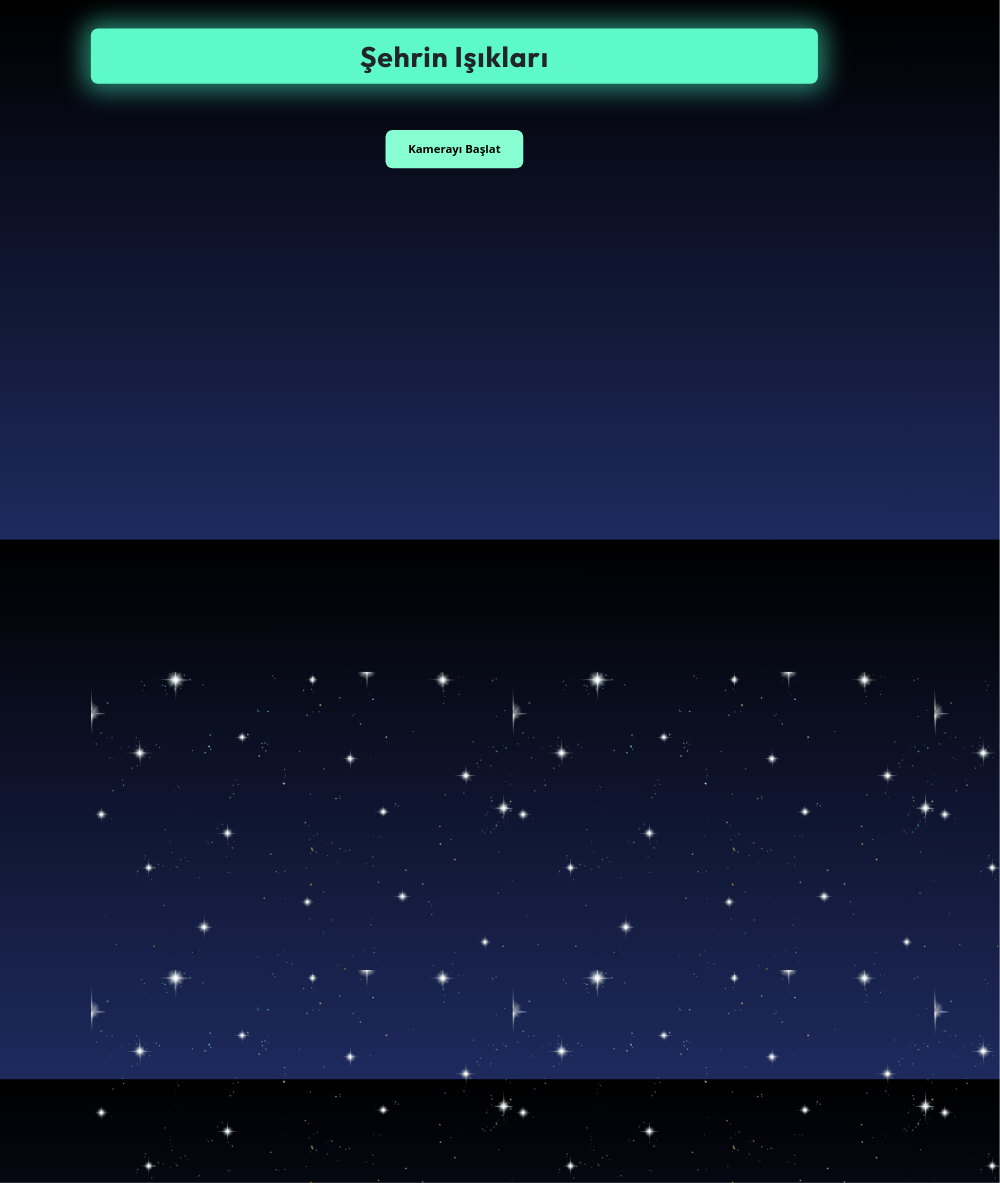
Repository: BiranOrundas/CameraQR
Page: index.html
The author's editor kept a copy of each file at every save. The page is drawn from the files as they stood at one save, then again after the next save.
The browser window is 1280 px wide. The page is 1408 px wide, so the pictures cover 1408 px, including what lies to the right of the window. The pictures show the whole page, at 71% of full size.

Above is the page before, as saved 2024-08-29 15:40:49.

After the next save:
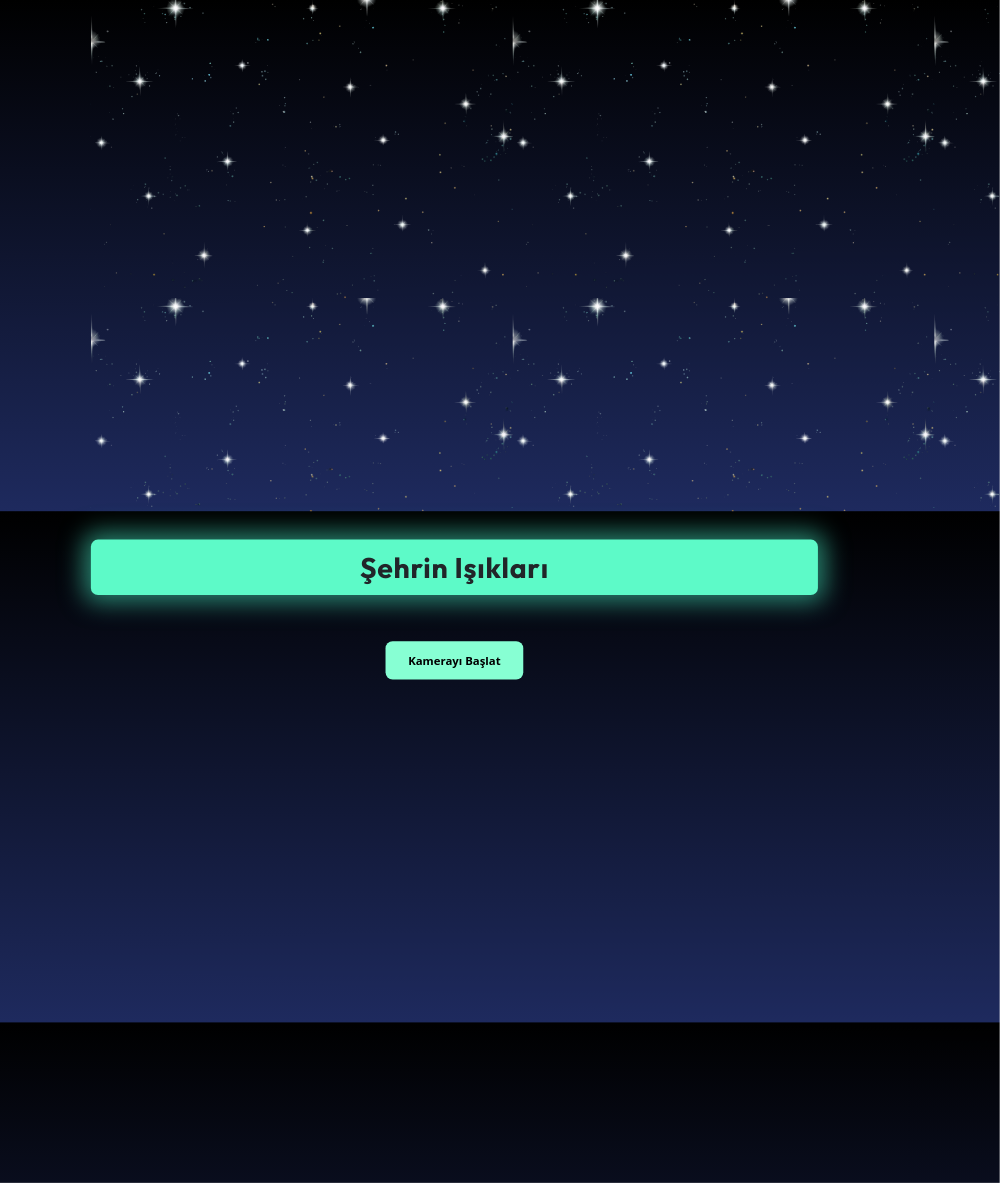
Saved 48 s later.
--- a/index.html
+++ b/index.html
@@ -7,7 +7,9 @@
 <link href="https://cdn.jsdelivr.net/npm/bootstrap@5.3.3/dist/css/bootstrap.min.css" rel="stylesheet" integrity="sha384-QWTKZyjpPEjISv5WaRU9OFeRpok6YctnYmDr5pNlyT2bRjXh0JMhjY6hW+ALEwIH" crossorigin="anonymous">
 </head>
 <body class="mx-auto">
+    <div id="stars">
 
+    </div>
     <div class="header">
         <h1 class="outfit">Şehrin Işıkları</h1>
     </div>
@@ -33,9 +35,7 @@
     <button id="try-again" class="button" style="display: none;">Yeniden Çek</button>
     </div>
 
-    <div id="stars">
 
-    </div>
 
     <script src="qrious.js"></script>
     <script src="script.js"></script>
